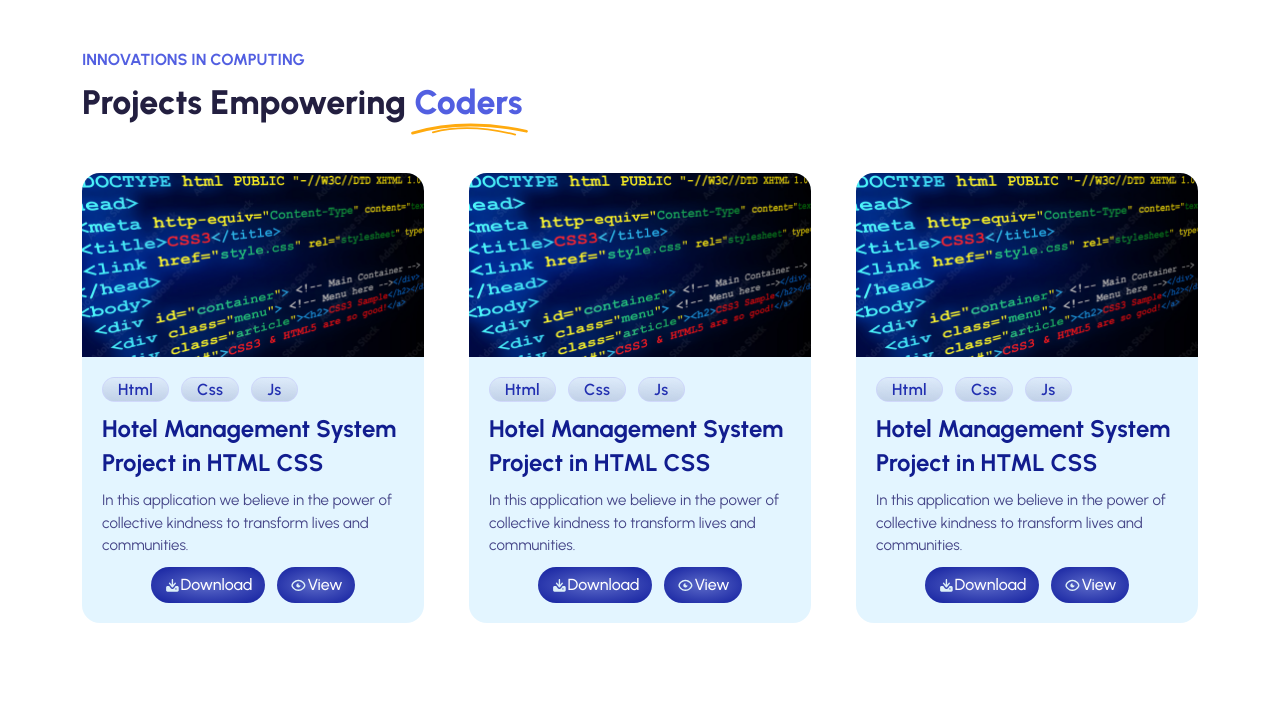
Repository: sharma171/jtccreativeideas
Page: /newsection (app in nextjssite/)
The author's editor kept a copy of each file at every save. The page is drawn from the files as they stood at one save, then again after the next save.
The browser window is 1280 px wide. The pictures show the whole page.
The project was rebuilt for these pictures with package versions that can differ from the ones it lists, and the page was loaded fresh each time. The framework's server and built-in components were replaced by stand-ins that run in the browser. Also part of the build but not shown: nextjssite/next.config.mjs.

Above is the page before, as saved 2024-03-28 15:00:04.

After the next save:
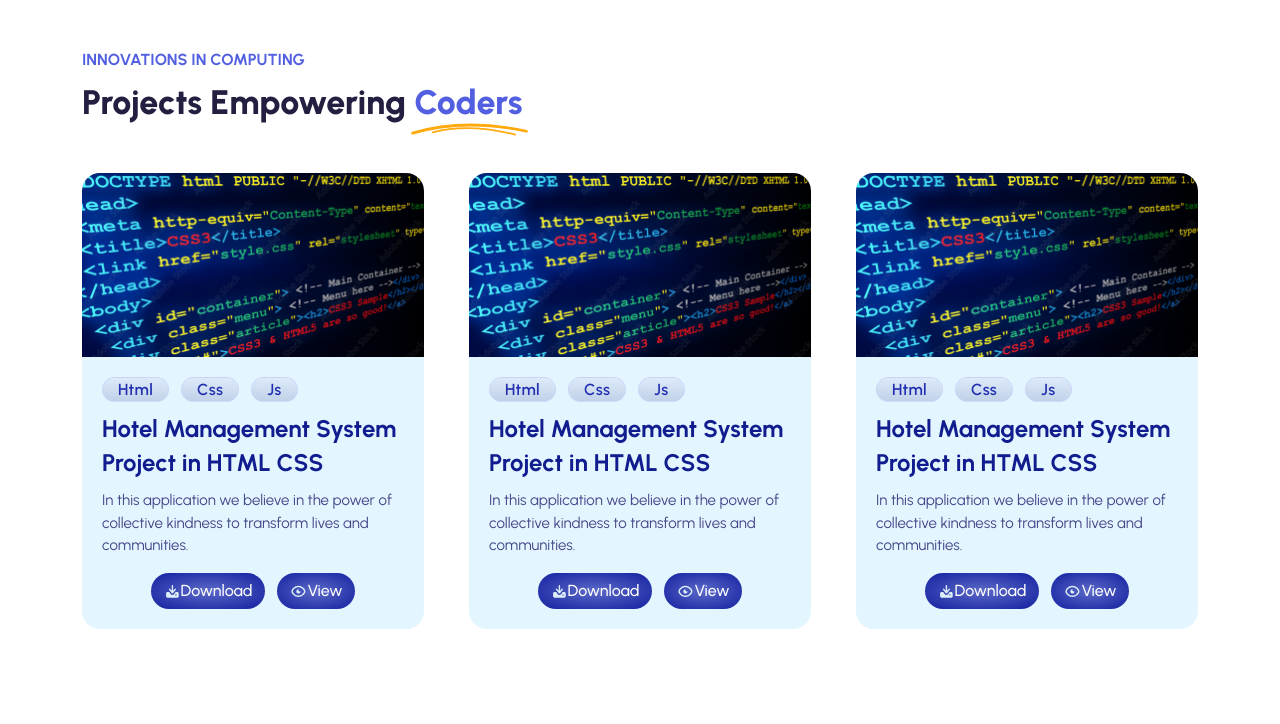
Saved 2 min 43 s later.
--- a/nextjssite/src/app/newsection/page.css
+++ b/nextjssite/src/app/newsection/page.css
@@ -99,7 +99,7 @@ section.projects {
     line-height: 1.5em;
     font-weight: 400;
     color: #444487;
-    margin: 0;
+    margin: 0 0 6px 0;
 }
 .project-cards li .card-inner .info .card-button {
     display: flex;
